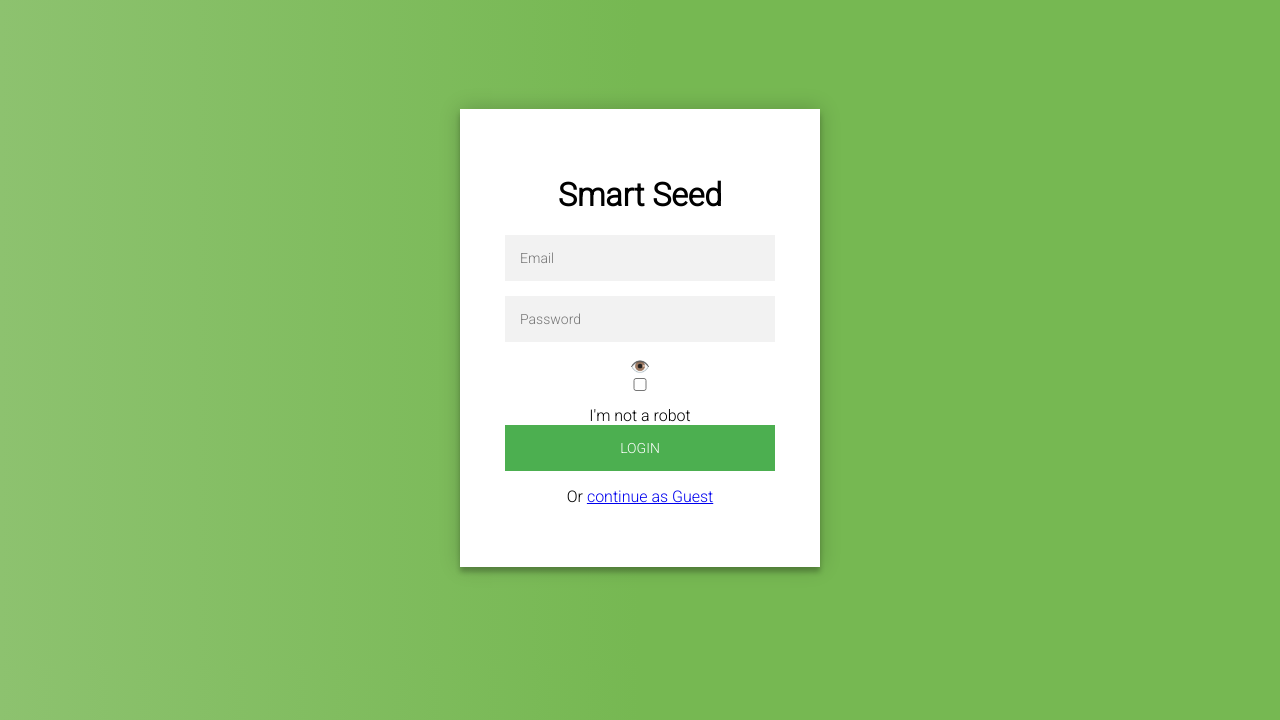
Repository: IFoundGeorge/Smart-Seed-v8-master
Page: src/login.html
These files come from the project's save history. The page is drawn as it stood at one moment and after the next save; the edit follows.
The browser window is 1280 px wide. The pictures show the whole page.

Above is the page before, as saved 2025-04-01 22:02:42.

After the next save:
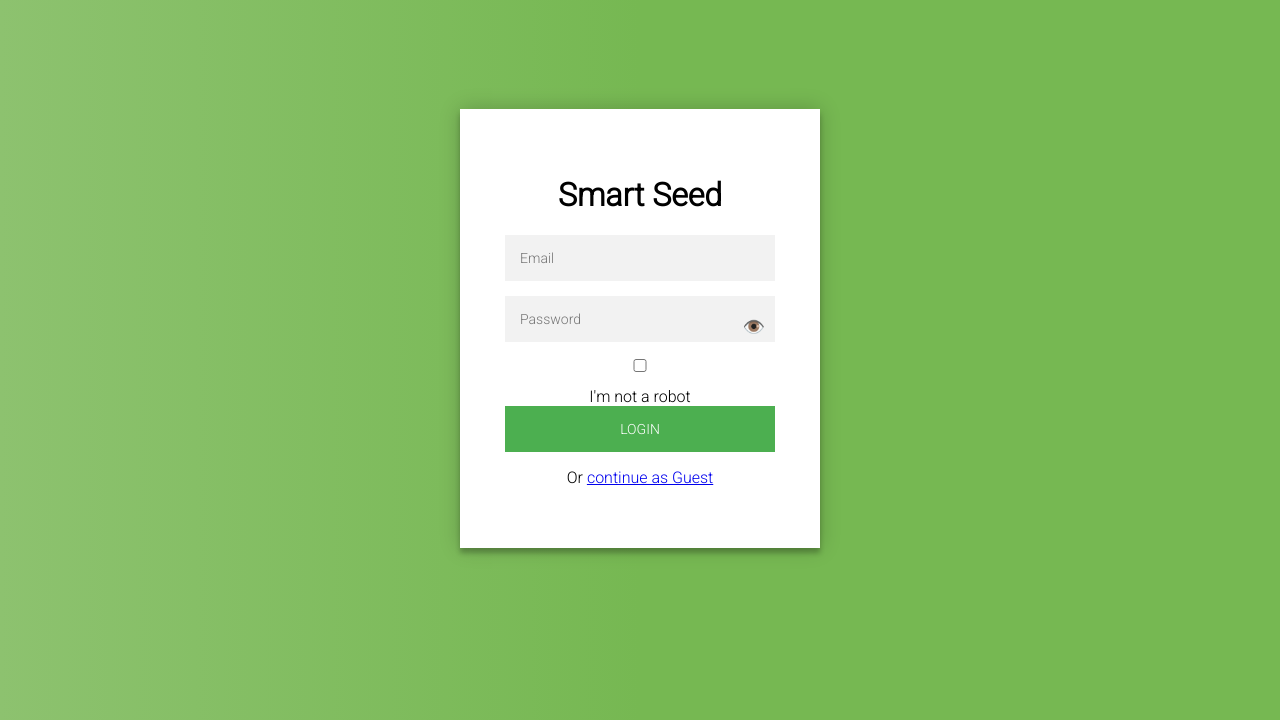
Saved 20 min 55 s later.
--- a/src/login.html
+++ b/src/login.html
@@ -6,6 +6,26 @@
     <title>Login Form with Custom CAPTCHA</title>
     <link rel="stylesheet" href="../../css/login.css" />
     <script src="https://cdnjs.cloudflare.com/ajax/libs/js-sha1/0.7.0/sha1.min.js"></script>
+    <style>
+      .password-container {
+        position: relative;
+        display: flex;
+        align-items: center;
+      }
+
+      #login-password {
+        width: 100%;
+        padding-right: 40px; /* Add space for the eye icon */
+      }
+
+      #toggle-password {
+        position: absolute;
+        right: 10px;
+        cursor: pointer;
+        font-size: 18px;
+        color: #888;
+      }
+    </style>
   </head>
   <body>
     <div class="login-page">
